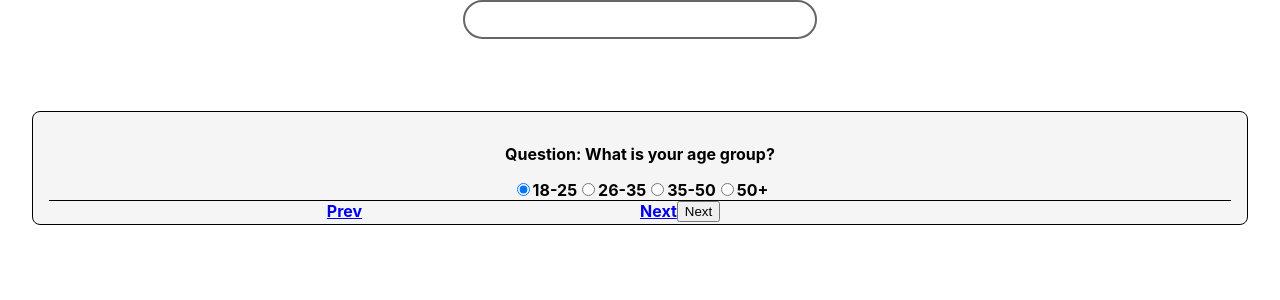
Repository: TheRungtaLibrary/survey
Page: /steps/4
These files come from the project's save history. The page is drawn as it stood at one moment and after the next save; the edit follows.
The browser window is 1280 px wide. The pictures show the whole page.
The project was rebuilt for these pictures with package versions that can differ from the ones it lists, and the page was loaded fresh each time. Also part of the build but not shown: src/App.css, src/components/Steps/Intro/Intro.js, src/components/Steps/Step1/Step1.js, src/components/Steps/Step2/Step2.js, src/components/Steps/Step3/Step3.js, src/components/Steps/Summary/Summary.scss, src/components/Steps/Summary/Summary.js.

Above is the page before, as saved 2020-03-19 18:40:17.

After the next save:
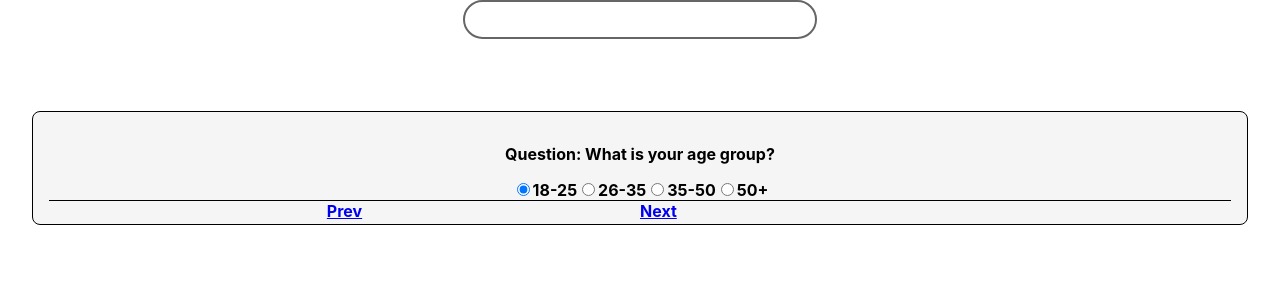
Saved 4 s later.
--- a/src/components/Steps/Step4/Step4.js
+++ b/src/components/Steps/Step4/Step4.js
@@ -75,7 +75,6 @@ const Step4 = () => {
           <Link to="/steps/3" onClick={onPrev}>Prev</Link>
           </div>
           <Link to="/steps/5" onClick={onSubmit}>Next</Link>
-          <button onClick={onSubmit}>Next</button>
         </div>
       </form>
     );
